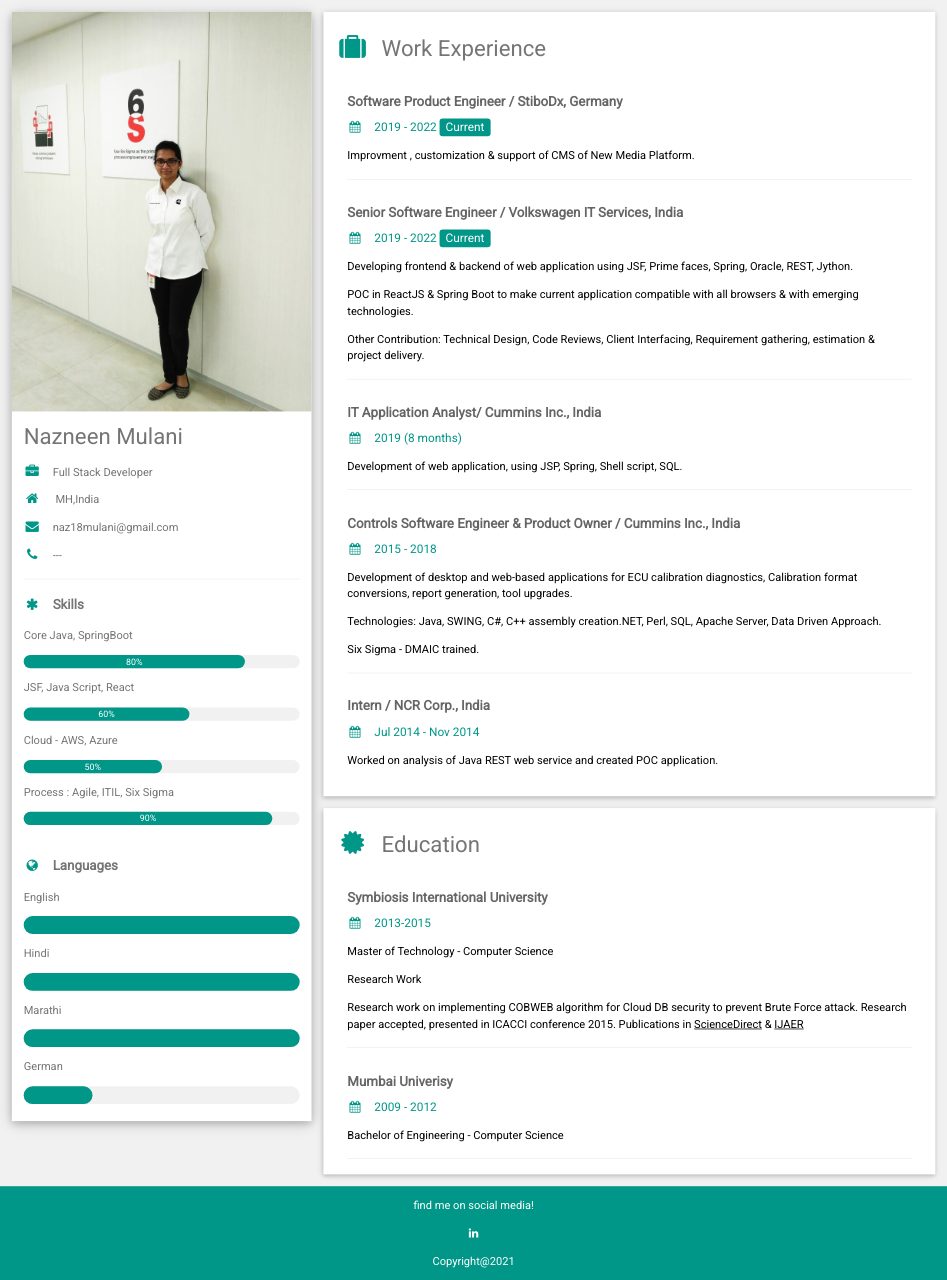
Repository: nazneenprojects/nazneen.github.io
Page: index.html
An editor plug-in stored every save of this project. The page is shown before and after the next save, followed by the edit.
The browser window is 1280 px wide. The pictures show the whole page, at 74% of full size.

Above is the page before, as saved 2023-07-08 15:48:03.

After the next save:
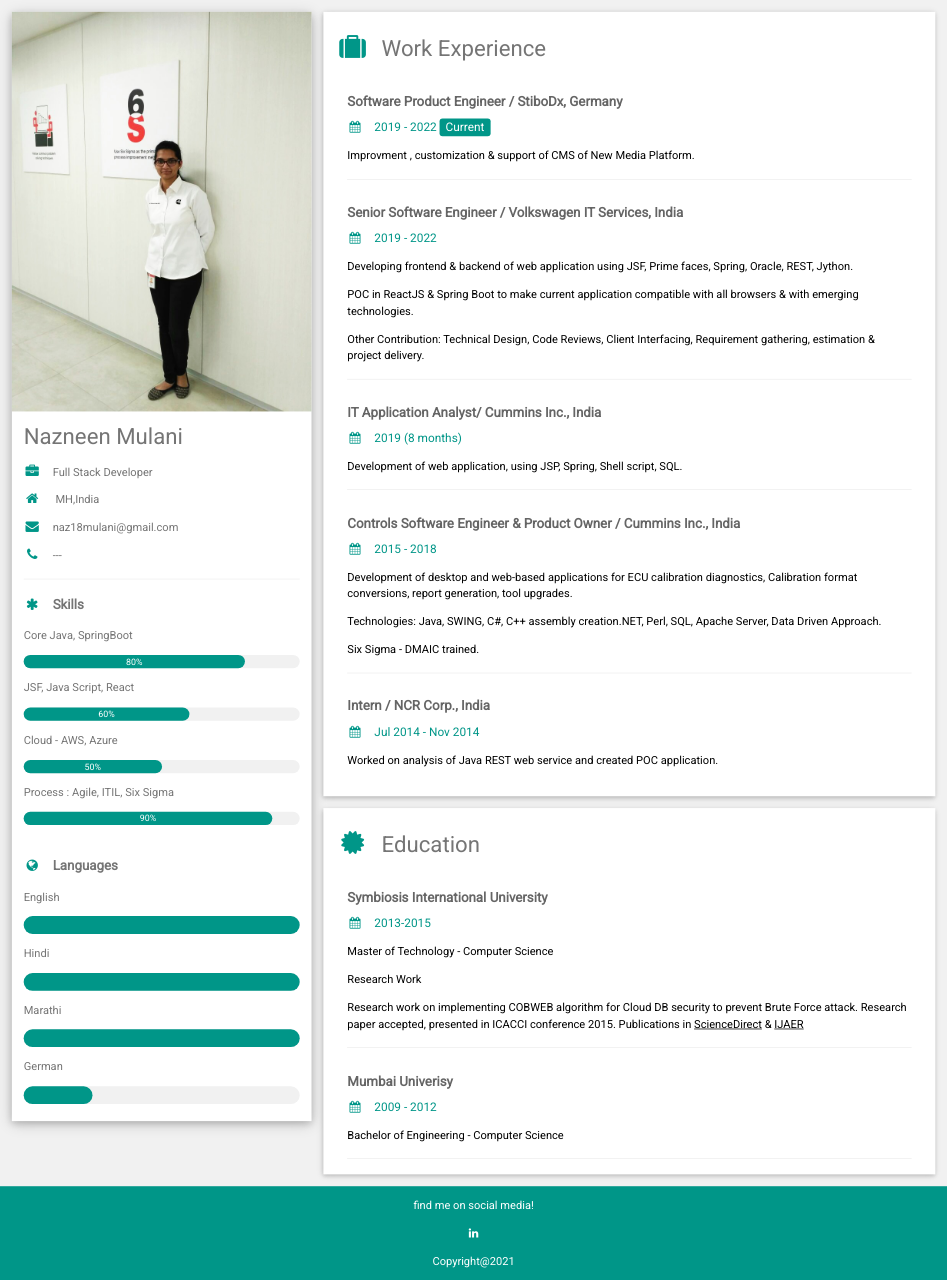
Saved 7 h 54 min later.
--- a/index.html
+++ b/index.html
@@ -92,7 +92,7 @@
         </div>
         <div class="w3-container">
           <h5 class="w3-opacity"><b>Senior Software Engineer / Volkswagen IT Services, India</b></h5>
-          <h6 class="w3-text-teal"><i class="fa fa-calendar fa-fw w3-margin-right"></i>2019 - 2022 <span class="w3-tag w3-teal w3-round">Current</span></h6>
+          <h6 class="w3-text-teal"><i class="fa fa-calendar fa-fw w3-margin-right"></i>2019 - 2022</h6>
           <p>Developing frontend & backend of web application using JSF, Prime faces, Spring, Oracle, REST, Jython.</p>
           <p>POC in ReactJS & Spring Boot to make current application compatible with all browsers & with emerging technologies.</p>
           <p>Other Contribution: Technical Design, Code Reviews, Client Interfacing, Requirement gathering, estimation & project delivery.</p>
